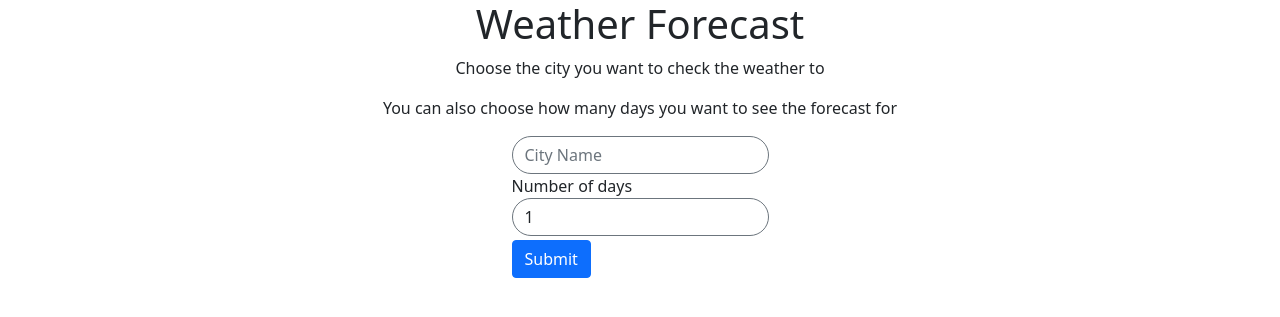
Repository: DimitrisDoxopoulos/my-own-weather-app
Page: /
An editor plug-in stored every save of this project. The page is shown before and after the next save, followed by the edit.
The browser window is 1280 px wide. The pictures show the whole page.
The project was rebuilt for these pictures with package versions that can differ from the ones it lists, and the page was loaded fresh each time.

Above is the page before, as saved 2021-06-03 18:36:17.

After the next save:
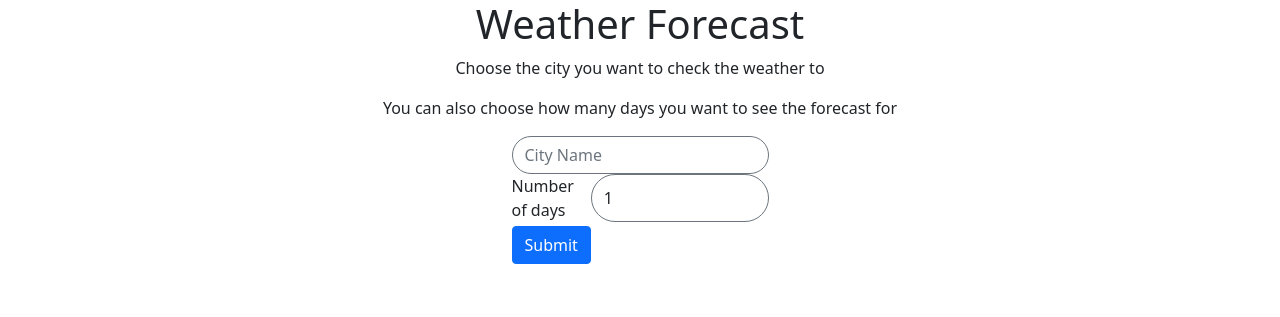
Saved 11 s later.
--- a/src/components/Form.js
+++ b/src/components/Form.js
@@ -7,7 +7,7 @@ const Form = () => {
                 <div className="form-group">
                     <input type="text" className="form-control border-secondary rounded-pill" id="exampleFormControlInput1" placeholder="City Name" />
                 </div>
-                <div className="form-group ">
+                <div className="form-group d-flex">
                    <label for="exampleFormControlSelect1">Number of days</label>
                     <select className="form-control border-secondary rounded-pill" id="exampleFormControlSelect1">
                         <option>1</option>
